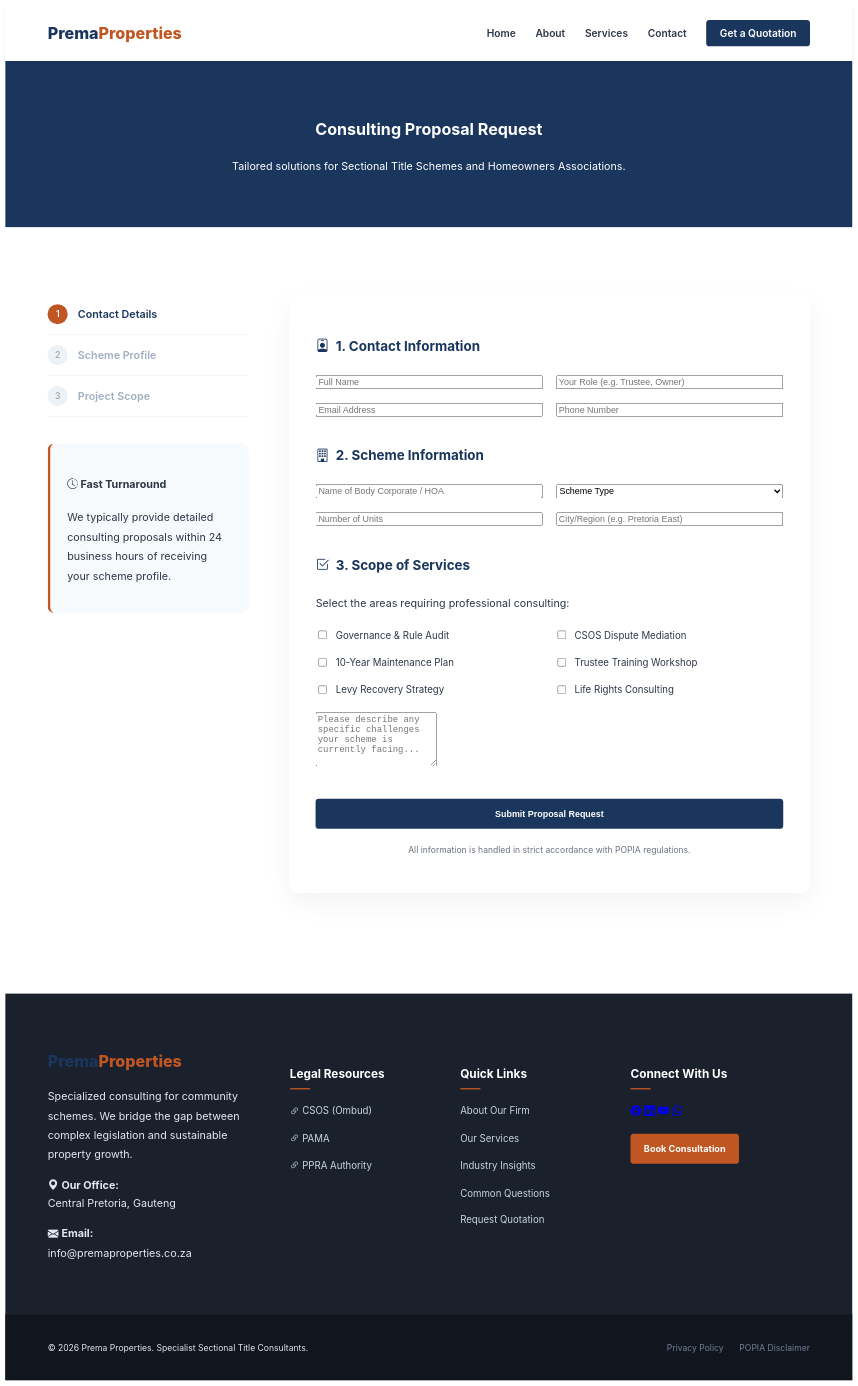
Repository: mnqobiMenzi/Prema-Properties
Page: quote.html
An editor plug-in stored every save of this project. The page is shown before and after the next save, followed by the edit.
The browser window is 1280 px wide. The pictures show the whole page, at 67% of full size.

Above is the page before, as saved 2026-02-10 12:58:17.

### quote.html
<!DOCTYPE html>
<html lang="en">
<head>
  <meta charset="UTF-8">
  <meta name="viewport" content="width=device-width, initial-scale=1.0">
  <title>Get a Quotation | Prema Properties</title>
  <link rel="stylesheet" href="CSS/style.css">
  <link rel="stylesheet" href="https://cdn.jsdelivr.net/npm/bootstrap-icons@1.13.1/font/bootstrap-icons.min.css">
</head>
<body>

  <header class="main-header">
    <div class="container header-flex">
      <div class="logo">Prema<span>Properties</span></div>
      <nav>
        <a href="index.html">Home</a>
        <a href="about-us.html">About</a>
        <a href="services.html">Services</a>
        <a href="contact-us.html">Contact</a>
        <a href="quote.html" class="active nav-btn">Get a Quotation</a>
      </nav>
    </div>
  </header>

  <section class="quote-hero-v2">
    <div class="container">
      <h1>Consulting Proposal Request</h1>
      <p>Tailored solutions for Sectional Title Schemes and Homeowners Associations.</p>
    </div>
  </section>

  <section class="section-padding">
    <div class="container">
      <div class="quote-wrapper">

        <div class="quote-sidebar">
          <div class="step-guide">
            <div class="step active"><span>1</span> Contact Details</div>
            <div class="step"><span>2</span> Scheme Profile</div>
            <div class="step"><span>3</span> Project Scope</div>
          </div>
          <div class="quote-note">
            <h4><i class="bi bi-clock-history"></i> Fast Turnaround</h4>
            <p>We typically provide detailed consulting proposals within 24 business hours of receiving your scheme profile.</p>
          </div>
        </div>

        <div class="quote-form-card">
          <form id="quoteForm">

            <div class="form-section">
              <h3><i class="bi bi-person-badge"></i> 1. Contact Information</h3>
              <div class="form-row">
                <input type="text" placeholder="Full Name" required>
                <input type="text" placeholder="Your Role (e.g. Trustee, Owner)" required>
              </div>
              <div class="form-row">
                <input type="email" placeholder="Email Address" required>
                <input type="tel" placeholder="Phone Number" required>
              </div>
            </div>

            <div class="form-section">
              <h3><i class="bi bi-building"></i> 2. Scheme Information</h3>
              <div class="form-row">
                <input type="text" placeholder="Name of Body Corporate / HOA" required>
                <select required>
                  <option value="" disabled selected>Scheme Type</option>
                  <option value="res">Residential Sectional Title</option>
                  <option value="comm">Commercial Scheme</option>
                  <option value="mixed">Mixed-Use Development</option>
                  <option value="retirement">Retirement Village</option>
                </select>
              </div>
              <div class="form-row">
                <input type="number" placeholder="Number of Units" required>
                <input type="text" placeholder="City/Region (e.g. Pretoria East)">
              </div>
            </div>

            <div class="form-section">
              <h3><i class="bi bi-check2-square"></i> 3. Scope of Services</h3>
              <p class="form-hint">Select the areas requiring professional consulting:</p>
              <div class="checkbox-grid">
                <label class="check-item"><input type="checkbox"> Governance & Rule Audit</label>
                <label class="check-item"><input type="checkbox"> CSOS Dispute Mediation</label>
                <label class="check-item"><input type="checkbox"> 10-Year Maintenance Plan</label>
                <label class="check-item"><input type="checkbox"> Trustee Training Workshop</label>
                <label class="check-item"><input type="checkbox"> Levy Recovery Strategy</label>
                <label class="check-item"><input type="checkbox"> Life Rights Consulting</label>
              </div>
              <textarea placeholder="Please describe any specific challenges your scheme is currently facing..." rows="5"></textarea>
            </div>

            <button type="submit" class="submit-btn-v2">Submit Proposal Request</button>
            <p class="form-footer-note">All information is handled in strict accordance with POPIA regulations.</p>
          </form>
        </div>

      </div>
    </div>
  </section>

  <div id="footer-placeholder"></div>
  <script src="JavaScript/script.js"></script>
</body>
</html>

### CSS/style.css
/* --- Core Styles --- */
:root {
  --primary: #1a365d;
  --secondary: #c05621;
  --text: #2d3748;
  --white: #ffffff;
  --gray: #f7fafc;
  --transition: all 0.3s ease;
}

body {
  font-family: 'Inter', sans-serif;
  color: var(--text);
  line-height: 1.8;
}

.container { width: 90%; max-width: 1200px; margin: 0 auto; }
.section-padding { padding: 100px 0; }
.light-gray { background: var(--gray); }

/* --- Header --- */
.main-header {
  background: var(--white);
  padding: 20px 0;
  box-shadow: 0 4px 6px -1px rgba(0,0,0,0.1);
  position: sticky;
  top: 0; z-index: 1000;
}

.header-flex { display: flex; justify-content: space-between; align-items: center; }

.logo { font-size: 1.5rem; font-weight: 800; color: var(--primary); }
.logo span { color: var(--secondary); }

nav a {
  text-decoration: none;
  color: var(--text);
  font-weight: 600;
  margin-left: 25px;
  font-size: 0.95rem;
  transition: var(--transition);
}

nav a:hover, nav a.active { color: var(--secondary); }

.nav-btn {
  background: var(--primary);
  color: white !important;
  padding: 10px 20px;
  border-radius: 5px;
}

/* --- Hero v2 --- */
.hero-v2 {
  background: url('../images/Sectional-Title-Disputes.jpg') center/cover no-repeat;
  height: 85vh;
  position: relative;
}

.hero-overlay {
  background: linear-gradient(to right, rgba(26, 54, 93, 0.9), rgba(26, 54, 93, 0.4));
  height: 100%;
  display: flex;
  align-items: center;
  color: white;
}

.badge {
  background: var(--secondary);
  padding: 5px 15px;
  border-radius: 50px;
  font-size: 0.8rem;
  font-weight: bold;
  text-transform: uppercase;
}

.hero-v2 h1 { font-size: 3.5rem; margin: 20px 0; line-height: 1.2; max-width: 700px; }
.hero-v2 p { font-size: 1.25rem; max-width: 600px; margin-bottom: 30px; opacity: 0.9; }

.btn-main {
  background: var(--secondary);
  color: white;
  padding: 15px 35px;
  text-decoration: none;
  font-weight: bold;
  border-radius: 5px;
  display: inline-block;
}

.btn-outline {
  border: 2px solid white;
  color: white;
  padding: 13px 35px;
  text-decoration: none;
  border-radius: 5px;
  margin-left: 15px;
}

/* --- Trust Bar --- */
.trust-bar { background: var(--primary); color: white; padding: 30px 0; }
.trust-bar .container { display: flex; justify-content: space-around; text-align: center; }
.trust-item strong { display: block; font-size: 1.8rem; color: var(--secondary); }

/* --- Grid & Cards --- */
.split-grid { display: grid; grid-template-columns: 1fr 1fr; gap: 80px; align-items: center; }

.services-grid-v2 {
  display: grid;
  grid-template-columns: repeat(auto-fit, minmax(250px, 1fr));
  gap: 30px;
  margin-top: 50px;
}

.s-card {
  background: white;
  padding: 40px;
  border-radius: 10px;
  box-shadow: 0 10px 15px rgba(0,0,0,0.05);
  transition: var(--transition);
}

.s-card:hover { transform: translateY(-10px); }
.s-card i { font-size: 2.5rem; color: var(--secondary); margin-bottom: 20px; display: block; }
.s-card h3 { margin-bottom: 15px; color: var(--primary); }

.image-deco img {
  width: 100%;
  border-radius: 15px;
  box-shadow: 30px 30px 0 var(--gray), 31px 31px 0 var(--primary);
}

/* Responsive */
@media (max-width: 768px) {
  .hero-v2 h1 { font-size: 2.2rem; }
  .split-grid { grid-template-columns: 1fr; }
  .hero-actions { display: flex; flex-direction: column; gap: 15px; }
  .btn-outline { margin-left: 0; }
}

/* About Page Specifics */
.about-hero-v2 {
  background: linear-gradient(rgba(26, 54, 93, 0.9), rgba(26, 54, 93, 0.9)), url('../images/office-bg.jpg');
  padding: 100px 0;
  text-align: center;
  color: white;
}

.about-intro {
  max-width: 800px;
  margin: 0 auto 60px;
  text-align: center;
}

.about-intro h2 {
  color: var(--primary);
  margin-bottom: 20px;
}

.values-grid {
  display: grid;
  grid-template-columns: repeat(auto-fit, minmax(280px, 1fr));
  gap: 30px;
}

.value-item i {
  font-size: 2.5rem;
  color: var(--secondary);
  margin-bottom: 15px;
  display: block;
}

/* Director Card Layout */
.director-card {
  display: grid;
  grid-template-columns: 1fr 1.5fr;
  gap: 60px;
  background: white;
  padding: 40px;
  border-radius: 15px;
  box-shadow: 0 20px 40px rgba(0,0,0,0.05);
  align-items: center;
}

.director-image {
  position: relative;
}

.exp-seal {
  position: absolute;
  bottom: -20px;
  right: -20px;
  background: var(--secondary);
  color: white;
  padding: 15px;
  border-radius: 50%;
  font-weight: bold;
  font-size: 0.9rem;
  box-shadow: 0 10px 20px rgba(192, 86, 33, 0.3);
}

.linkedin-link {
  display: inline-flex;
  align-items: center;
  gap: 10px;
  color: var(--primary);
  text-decoration: none;
  font-weight: bold;
  margin-top: 20px;
}

/* --- Contact Page Specifics --- */
.contact-hero-v2 {
  background: var(--primary);
  color: white;
  padding: 80px 0;
  text-align: center;
}

.contact-wrapper {
  display: grid;
  grid-template-columns: 1fr 1.2fr;
  gap: 80px;
  align-items: start;
}

/* Info Details */
.info-item {
  display: flex;
  gap: 20px;
  margin-bottom: 30px;
  align-items: flex-start;
}

.info-item i {
  font-size: 1.5rem;
  color: var(--secondary);
  background: var(--gray);
  padding: 12px;
  border-radius: 10px;
}

.info-item strong {
  display: block;
  font-size: 1.1rem;
  color: var(--primary);
}

/* Form Styling */
.contact-form-card {
  background: white;
  padding: 50px;
  border-radius: 15px;
  box-shadow: 0 30px 60px rgba(0,0,0,0.1);
}

.form-title {
  margin-bottom: 30px;
  color: var(--primary);
  font-weight: 700;
}

.form-row {
  display: grid;
  grid-template-columns: 1fr 1fr;
  gap: 20px;
  margin-bottom: 20px;
}

.submit-btn-v2 {
  width: 100%;
  background: var(--primary);
  color: white;
  padding: 15px;
  border: none;
  border-radius: 5px;
  font-weight: bold;
  cursor: pointer;
  transition: var(--transition);
}

.submit-btn-v2:hover {
  background: var(--secondary);
  transform: translateY(-2px);
}

@media (max-width: 992px) {
  .contact-wrapper { grid-template-columns: 1fr; gap: 50px; }
  .form-row { grid-template-columns: 1fr; }
}

/* Services Specific Styles */
.services-hero-v2 {
  background: var(--primary);
  padding: 80px 0;
  text-align: center;
  color: white;
}

.s-list {
  list-style: none;
  padding: 0;
  margin-top: 20px;
  border-top: 1px solid #eee;
  padding-top: 20px;
}

.s-list li {
  font-size: 0.9rem;
  margin-bottom: 10px;
  display: flex;
  align-items: center;
  gap: 10px;
  color: var(--text);
}

.s-list i {
  color: var(--secondary);
  font-size: 1rem;
  margin: 0; /* Override s-card i margin */
}

.services-cta {
  background: var(--gray);
  padding: 80px 0;
  text-align: center;
}

.center-text h2 {
  color: var(--primary);
  margin-bottom: 20px;
}

/* --- Articles Page Styles --- */
.articles-hero {
  background: var(--gray);
  padding: 60px 0;
  border-bottom: 1px solid #eee;
}

.category-tag {
  background: var(--secondary);
  color: white;
  padding: 4px 12px;
  border-radius: 4px;
  font-size: 0.75rem;
  font-weight: 700;
  text-transform: uppercase;
  display: inline-block;
  margin-bottom: 15px;
}

/* Featured Post Layout */
.featured-post-v2 {
  display: grid;
  grid-template-columns: 1fr 1fr;
  gap: 50px;
  background: white;
  border-radius: 15px;
  overflow: hidden;
  box-shadow: 0 20px 40px rgba(0,0,0,0.05);
  margin-bottom: 80px;
  align-items: center;
}

.featured-image img {
  width: 100%;
  height: 100%;
  object-fit: cover;
}

.featured-content { padding: 40px; }
.featured-content h2 { font-size: 2rem; color: var(--primary); margin-bottom: 20px; }

/* Grid Layout */
.articles-grid-v2 {
  display: grid;
  grid-template-columns: repeat(auto-fit, minmax(300px, 1fr));
  gap: 40px;
}

.post-card-v2 {
  background: white;
  padding: 30px;
  border-radius: 10px;
  border: 1px solid #eee;
  transition: var(--transition);
}

.post-card-v2:hover {
  border-color: var(--secondary);
  transform: translateY(-5px);
}

.card-meta {
  display: flex;
  justify-content: space-between;
  align-items: center;
  margin-bottom: 20px;
}

.inline-link {
  color: var(--secondary);
  text-decoration: none;
  font-weight: bold;
  font-size: 0.9rem;
}

@media (max-width: 768px) {
  .featured-post-v2 { grid-template-columns: 1fr; }
}

/* --- FAQ Styling --- */
.faq-hero {
  background: var(--primary);
  color: white;
  padding: 60px 0;
  text-align: center;
}

.faq-layout {
  display: grid;
  grid-template-columns: 250px 1fr;
  gap: 50px;
}

.faq-sidebar h3 {
  font-size: 1.2rem;
  color: var(--primary);
  margin-bottom: 20px;
}

.faq-sidebar ul { list-style: none; padding: 0; }
.faq-sidebar li { margin-bottom: 15px; }
.faq-sidebar a {
  text-decoration: none;
  color: var(--text);
  font-weight: 500;
  transition: var(--transition);
}
.faq-sidebar a.active, .faq-sidebar a:hover { color: var(--secondary); }

/* Accordion Logic */
.faq-item {
  border-bottom: 1px solid #eee;
  margin-bottom: 10px;
}

.faq-question {
  width: 100%;
  padding: 20px 0;
  background: none;
  border: none;
  display: flex;
  justify-content: space-between;
  align-items: center;
  font-size: 1.1rem;
  font-weight: 700;
  color: var(--primary);
  cursor: pointer;
  text-align: left;
}

.faq-question i {
  transition: transform 0.3s ease;
  color: var(--secondary);
}

.faq-answer {
  max-height: 0;
  overflow: hidden;
  transition: max-height 0.3s ease-out;
}

.faq-answer p {
  padding-bottom: 20px;
  color: var(--text);
  line-height: 1.6;
}

/* Open State */
.faq-item.active .faq-answer {
  max-height: 300px; /* Adjust as needed */
}

.faq-item.active .faq-question i {
  transform: rotate(45deg);
}

@media (max-width: 768px) {
  .faq-layout { grid-template-columns: 1fr; }
  .faq-sidebar { display: none; }
}

/* --- Appointment Page Styles --- */
.appointment-hero-v2 {
  background: var(--primary);
  color: white;
  padding: 80px 0;
  text-align: center;
}

.appointment-wrapper {
  display: grid;
  grid-template-columns: 1fr 1.2fr;
  gap: 60px;
  align-items: start;
}

/* Meeting Card Styles */
.meeting-card-list {
  margin: 30px 0;
}

.m-card {
  display: flex;
  gap: 20px;
  background: white;
  padding: 20px;
  border-radius: 10px;
  margin-bottom: 20px;
  border: 1px solid #eee;
  transition: var(--transition);
}

.featured-m {
  border-left: 5px solid var(--secondary);
  background: var(--gray);
}

.m-icon i {
  font-size: 1.5rem;
  color: var(--secondary);
}

.m-card strong {
  display: block;
  color: var(--primary);
  font-size: 1.1rem;
}

.m-card p {
  font-size: 0.85rem;
  margin: 0;
}

/* Form refinement */
.booking-form-card {
  background: white;
  padding: 40px;
  border-radius: 15px;
  box-shadow: 0 20px 50px rgba(0,0,0,0.08);
}

.booking-form-card label {
  display: block;
  font-weight: 700;
  font-size: 0.85rem;
  color: var(--primary);
  margin-bottom: 8px;
  text-transform: uppercase;
}

.process-note {
  font-size: 0.9rem;
  color: var(--text);
  opacity: 0.8;
  padding: 15px;
  background: #eef2f7;
  border-radius: 8px;
}

@media (max-width: 992px) {
  .appointment-wrapper { grid-template-columns: 1fr; }
}

/* --- Quotation Page Styles --- */
.quote-hero-v2 {
  background: var(--primary);
  color: white;
  padding: 60px 0;
  text-align: center;
}

.quote-wrapper {
  display: grid;
  grid-template-columns: 300px 1fr;
  gap: 60px;
  align-items: start;
}

/* Sidebar Steps */
.step-guide {
  margin-bottom: 40px;
}

.step {
  display: flex;
  align-items: center;
  gap: 15px;
  padding: 15px 0;
  color: #a0aec0;
  font-weight: 600;
  border-bottom: 1px solid #edf2f7;
}

.step span {
  width: 30px;
  height: 30px;
  background: #edf2f7;
  display: flex;
  align-items: center;
  justify-content: center;
  border-radius: 50%;
  font-size: 0.8rem;
}

.step.active { color: var(--primary); }
.step.active span { background: var(--secondary); color: white; }

.quote-note {
  background: var(--gray);
  padding: 25px;
  border-radius: 10px;
  border-left: 4px solid var(--secondary);
}

/* Form Sections */
.quote-form-card {
  background: white;
  padding: 40px;
  border-radius: 15px;
  box-shadow: 0 15px 40px rgba(0,0,0,0.05);
}

.form-section {
  margin-bottom: 40px;
}

.form-section h3 {
  font-size: 1.25rem;
  color: var(--primary);
  margin-bottom: 25px;
  display: flex;
  align-items: center;
  gap: 10px;
}

.checkbox-grid {
  display: grid;
  grid-template-columns: 1fr 1fr;
  gap: 15px;
  margin: 20px 0;
}

.check-item {
  font-size: 0.9rem;
  display: flex;
  align-items: center;
  gap: 10px;
  cursor: pointer;
}

.form-footer-note {
  font-size: 0.8rem;
  text-align: center;
  margin-top: 20px;
  opacity: 0.7;
}

@media (max-width: 992px) {
  .quote-wrapper { grid-template-columns: 1fr; }
  .quote-sidebar { display: none; }
  .checkbox-grid { grid-template-columns: 1fr; }
}

/* --- Main Footer Styles --- */
.main-footer {
  background: #1a202c; /* Deep slate/navy */
  color: #e2e8f0;
  padding: 80px 0 0;
  margin-top: 50px;
}

.footer-grid {
  display: grid;
  grid-template-columns: 1.2fr 0.8fr 0.8fr 1fr;
  gap: 40px;
  padding-bottom: 60px;
}

.footer-column h4 {
  color: white;
  font-size: 1.1rem;
  margin-bottom: 25px;
  position: relative;
}

.footer-column h4::after {
  content: '';
  position: absolute;
  left: 0;
  bottom: -8px;
  width: 30px;
  height: 2px;
  background: var(--secondary);
}

.footer-links {
  list-style: none;
  padding: 0;
}

.footer-links li {
  margin-bottom: 12px;
}

.footer-links a {
  color: #cbd5e0;
  text-decoration: none;
  font-size: 0.9rem;
  transition: 0.3s;
}

.footer-links a:hover {
  color: var(--secondary);
  padding-left: 5px;
}

.footer-cta-btn {
  display: inline-block;
  margin-top: 20px;
  padding: 10px 20px;
  background: var(--secondary);
  color: white;
  text-decoration: none;
  border-radius: 5px;
  font-weight: bold;
  font-size: 0.85rem;
}

/* Footer Bottom */
.footer-bottom {
  background: #11151d;
  padding: 25px 0;
  border-top: 1px solid rgba(255,255,255,0.05);
}

.bottom-flex {
  display: flex;
  justify-content: space-between;
  align-items: center;
  font-size: 0.8rem;
}

.legal-links a {
  color: #718096;
  margin-left: 20px;
  text-decoration: none;
}

@media (max-width: 992px) {
  .footer-grid { grid-template-columns: 1fr 1fr; }
}

@media (max-width: 576px) {
  .footer-grid { grid-template-columns: 1fr; }
  .bottom-flex { flex-direction: column; gap: 15px; text-align: center; }
}

### JavaScript/script.js
document.addEventListener("DOMContentLoaded", function() {
    const footerPlaceholder = document.getElementById("footer-placeholder");

    if (footerPlaceholder) {
        fetch("footer.html")
            .then(response => {
                if (!response.ok) throw new Error("Footer file not found");
                return response.text();
            })
            .then(data => {
                footerPlaceholder.innerHTML = data;
            })
            .catch(err => {
                console.warn("Footer load failed. Error:", err);
                // Fallback text so you know it's trying to work
                footerPlaceholder.innerHTML = "<p style='text-align:center; padding:20px;'>Footer Loading...</p>";
            });
    }
});

document.querySelectorAll('.faq-question').forEach(button => {
      button.addEventListener('click', () => {
        const faqItem = button.parentElement;
        faqItem.classList.toggle('active');
      });
    });

### footer.html
<!DOCTYPE html>
<html lang="en">
<head>
    <meta charset="UTF-8">
    <meta name="viewport" content="width=device-width, initial-scale=1.0">
    <title>Document</title>
</head>
<body>
    <footer class="main-footer">
  <div class="container footer-grid">

    <div class="footer-column brand-info">
      <div class="logo">Prema<span>Properties</span></div>
      <p>Specialized consulting for community schemes. We bridge the gap between complex legislation and sustainable property growth.</p>

      <div class="footer-address">
        <p><i class="bi bi-geo-alt-fill"></i> <strong>Our Office:</strong><br>
        Central Pretoria, Gauteng</p>
        <p><i class="bi bi-envelope-fill"></i> <strong>Email:</strong><br>
        info@premaproperties.co.za</p>
      </div>
    </div>

    <div class="footer-column">
      <h4>Legal Resources</h4>
      <ul class="footer-links">
        <li><a href="https://www.csos.org.za/" target="_blank"><i class="bi bi-link-45deg"></i> CSOS (Ombud)</a></li>
        <li><a href="https://www.pama.org.za/" target="_blank"><i class="bi bi-link-45deg"></i> PAMA</a></li>
        <li><a href="https://www.eaab.org.za/" target="_blank"><i class="bi bi-link-45deg"></i> PPRA Authority</a></li>
      </ul>
    </div>

    <div class="footer-column">
      <h4>Quick Links</h4>
      <ul class="footer-links">
        <li><a href="about-us.html">About Our Firm</a></li>
        <li><a href="services.html">Our Services</a></li>
        <li><a href="articles.html">Industry Insights</a></li>
        <li><a href="FAQ.html">Common Questions</a></li>
        <li><a href="quote.html">Request Quotation</a></li>
      </ul>
    </div>

    <div class="footer-column">
      <h4>Connect With Us</h4>
      <div class="social-icons">
        <a href="#" target="_blank" title="Facebook"><i class="bi bi-facebook"></i></a>
        <a href="#" target="_blank" title="LinkedIn"><i class="bi bi-linkedin"></i></a>
        <a href="#" target="_blank" title="YouTube"><i class="bi bi-youtube"></i></a>
        <a href="#" target="_blank" title="WhatsApp"><i class="bi bi-whatsapp"></i></a>
      </div>
      <a href="appointment.html" class="footer-cta-btn">Book Consultation</a>
    </div>

  </div>

  <div class="footer-bottom">
    <div class="container">
      <div class="bottom-flex">
        <p>&copy; 2026 Prema Properties. Specialist Sectional Title Consultants.</p>
        <div class="legal-links">
          <a href="#">Privacy Policy</a>
          <a href="#">POPIA Disclaimer</a>
        </div>
      </div>
    </div>
  </div>
</footer>
</body>
</html>

After the next save:
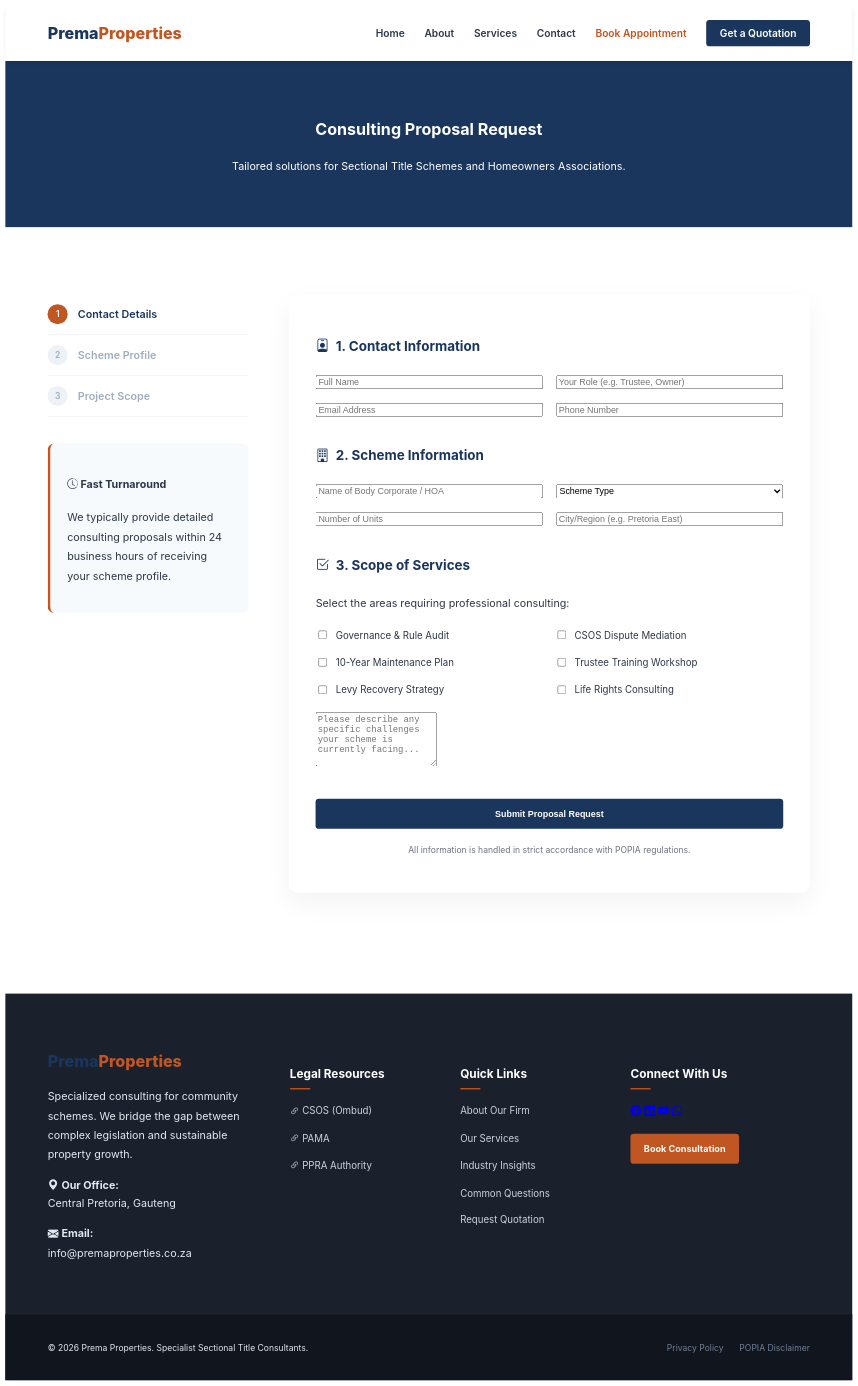
Saved 8 s later.
--- a/quote.html
+++ b/quote.html
@@ -17,7 +17,8 @@
         <a href="about-us.html">About</a>
         <a href="services.html">Services</a>
         <a href="contact-us.html">Contact</a>
-        <a href="quote.html" class="active nav-btn">Get a Quotation</a>
+        <a href="appointment.html" class="active">Book Appointment</a>
+        <a href="quote.html" class="nav-btn">Get a Quotation</a>
       </nav>
     </div>
   </header>
